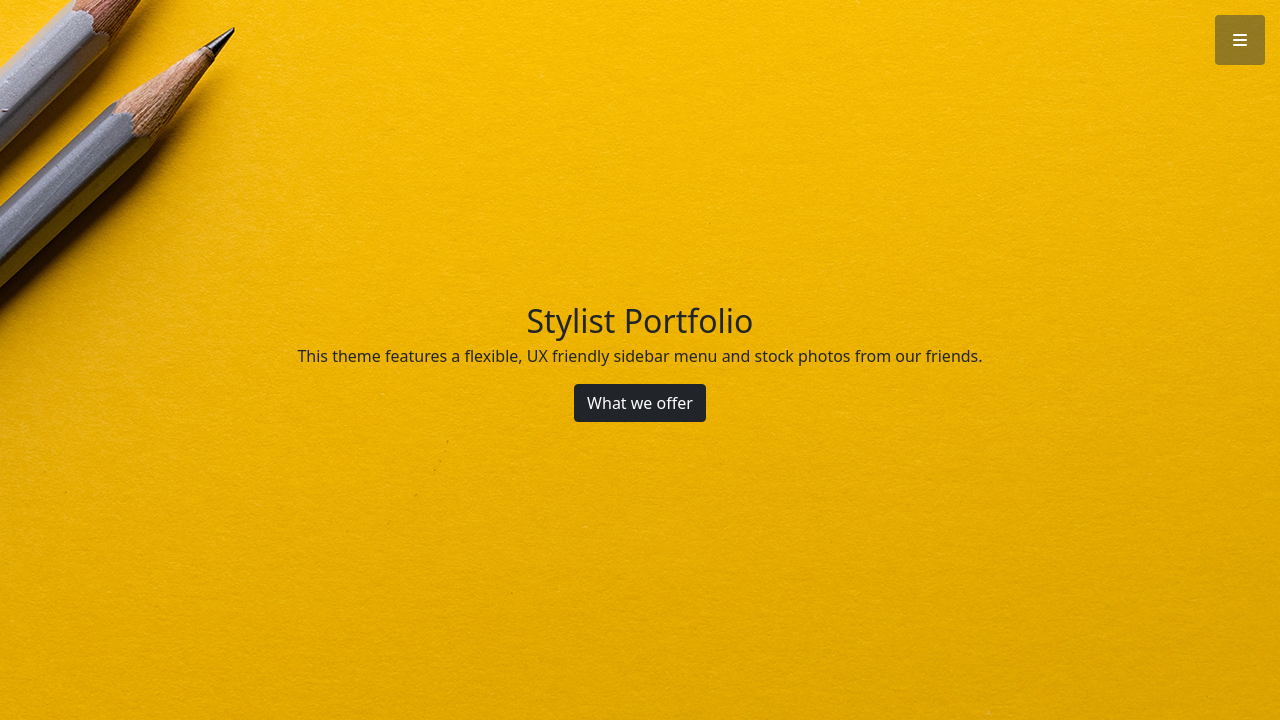
Repository: hoangpino/VE_FE_FrameWork_005
Page: lab06/index.html
An editor plug-in stored every save of this project. The page is shown before and after the next save, followed by the edit.
The browser window is 1280 px wide. The pictures show the whole page.

Above is the page before, as saved 2021-10-02 19:41:20.

After the next save:
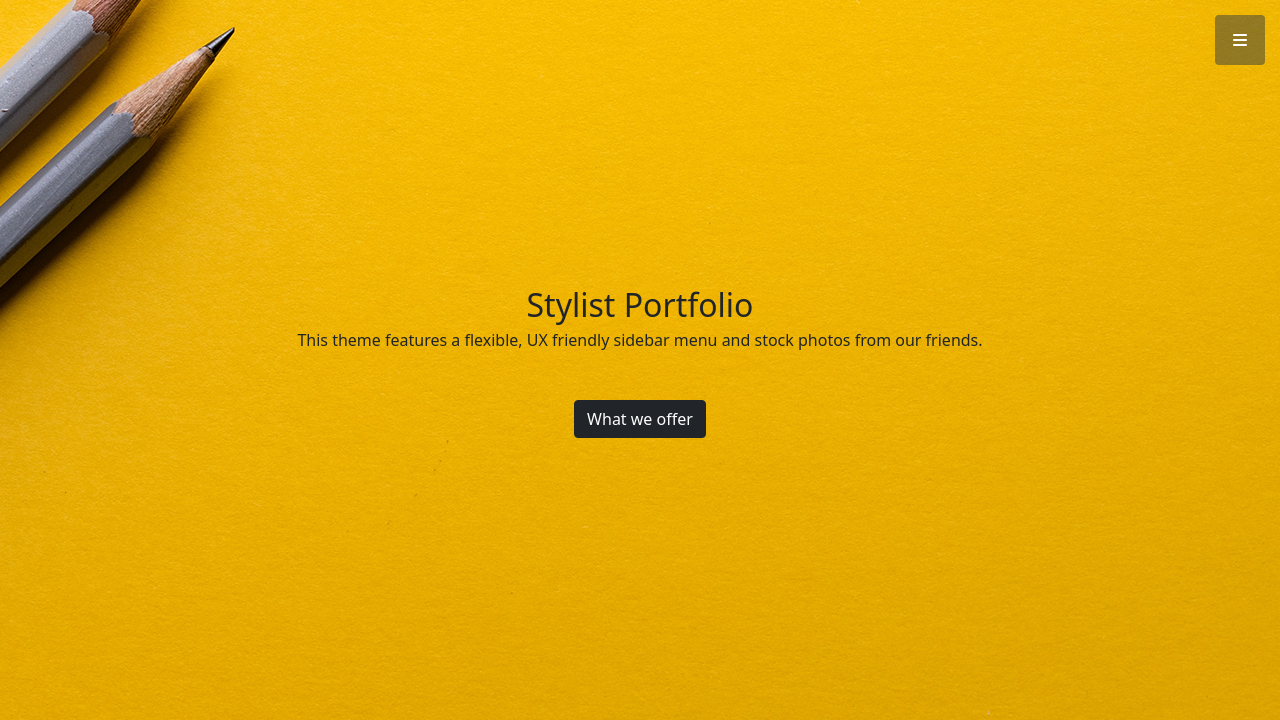
Saved 18 s later.
--- a/lab06/index.html
+++ b/lab06/index.html
@@ -43,7 +43,8 @@
     <header class="d-flex align-items-center" id="about">
         <div class="container text-center">
             <h2 class="m-1">Stylist Portfolio</h2>
-            <p class="">This theme features a flexible, UX friendly sidebar menu and stock photos
+            <p class="mb-5">This theme features a flexible, UX friendly sidebar menu and stock
+                photos
                 from our friends.</p>
             <a href="" class="btn btn-dark">What we offer</a>
         </div>
